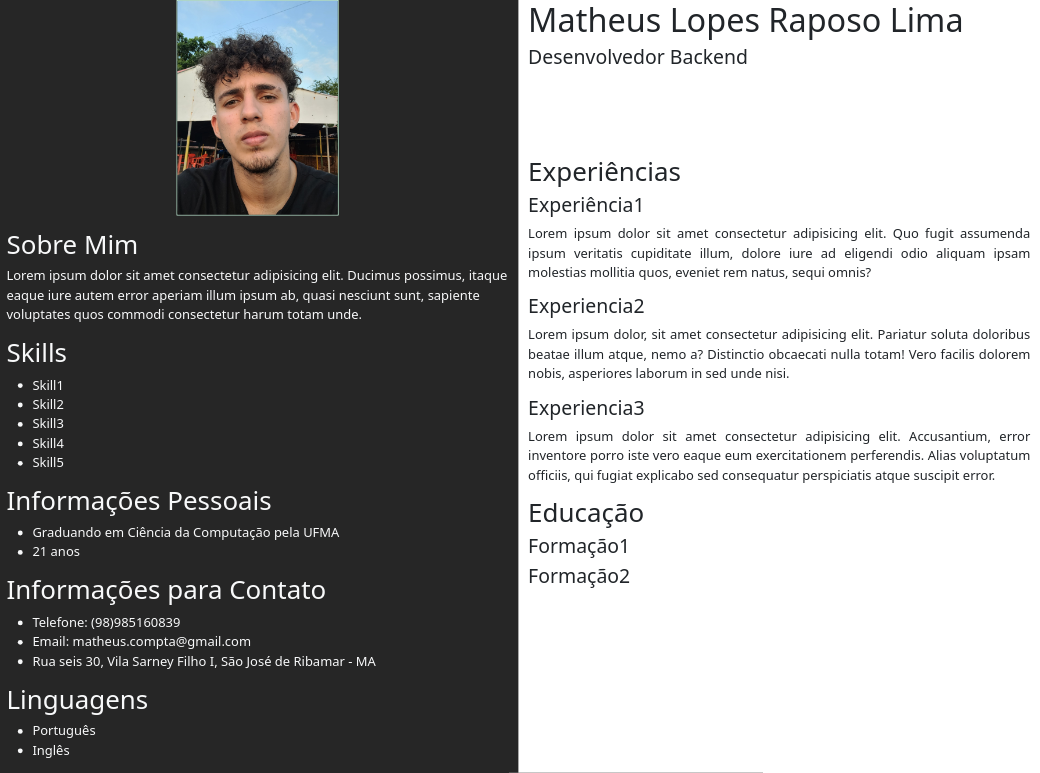
Repository: MaatheusRaposo/Curriculo_Web
Page: index.html
An editor plug-in stored every save of this project. The page is shown before and after the next save, followed by the edit.
The browser window is 1280 px wide. The page is 1284 px wide, so the pictures cover 1284 px, including what lies to the right of the window. The pictures show the whole page, at 81% of full size.

Above is the page before, as saved 2026-05-28 00:27:24.

### index.html
<!DOCTYPE html>
<html lang="en">
<head>
    <meta charset="UTF-8">
    <meta name="viewport" content="width=device-width, initial-scale=1.0">
    <title>Curriculo Matheus Raposo</title>
    <link href="https://cdn.jsdelivr.net/npm/bootstrap@5.3.8/dist/css/bootstrap.min.css" rel="stylesheet" integrity="sha384-sRIl4kxILFvY47J16cr9ZwB07vP4J8+LH7qKQnuqkuIAvNWLzeN8tE5YBujZqJLB" crossorigin="anonymous">
    <link rel="stylesheet" href="assets/css/style.css">
</head>
<body>
    <div class="container-fluid px-2">
        <div class="row align-items-stretch min-vh-100">
            <div class="col text-light d-flex flex-column" id="coluna-esquerda">
                <div class="d-flex justify-content-center align-items-center">
                    <img class="foto-perfil position-relative mb-3" src="assets/images/20230725_175129.jpg" alt="">
                </div>
                <section>
                    <h2>Sobre Mim</h2>
                    <p>Lorem ipsum dolor sit amet consectetur adipisicing elit. Ducimus possimus, itaque eaque iure autem error aperiam illum ipsum ab, quasi nesciunt sunt, sapiente voluptates quos commodi consectetur harum totam unde.</p>
                </section>
                <section>
                    <h2>Skills</h2>
                    <ul>
                        <li>Skill1</li>
                        <li>Skill2</li>
                        <li>Skill3</li>
                        <li>Skill4</li>
                        <li>Skill5</li>
                    </ul>
                </section>
                <section>
                    <h2>Informações Pessoais</h2>
                    <ul>
                        <li>Graduando em Ciência da Computação pela UFMA</li>
                        <li>21 anos</li>
                    </ul>
                </section>
                <section>
                    <h2>Informações para Contato</h2>
                    <ul>
                        <li>Telefone: (98)985160839</li>
                        <li>Email: matheus.compta@gmail.com</li>
                        <li>Rua seis 30, Vila Sarney Filho I, São José de Ribamar - MA</li>
                    </ul>
                </section>
                <section>
                    <h2>Linguagens</h2>
                    <ul>
                        <li>Português</li>
                        <li>Inglês</li>
                    </ul>
                </section>
            </div>
            <div class="col d-flex flex-column" id="coluna-direita">
                <section>
                    <h1>Matheus Lopes Raposo Lima</h1>
                    <h4>Desenvolvedor Backend</h4>
                </section>
                <div class="d-flex justify-content-center flex-column mt-3 espacamento-classes">
                    <section>
                        <h2>Experiências</h2>
                        <section>
                            <h4>Experiência1</h4>
                            <p>Lorem ipsum dolor sit amet consectetur adipisicing elit. Quo fugit assumenda ipsum veritatis cupiditate illum, dolore iure ad eligendi odio aliquam ipsam molestias mollitia quos, eveniet rem natus, sequi omnis?</p>
                        </section>
                        <section>
                            <h4>Experiencia2</h4>
                            <p>Lorem ipsum dolor, sit amet consectetur adipisicing elit. Pariatur soluta doloribus beatae illum atque, nemo a? Distinctio obcaecati nulla totam! Vero facilis dolorem nobis, asperiores laborum in sed unde nisi.</p>
                        </section>
                        <section>
                            <h4>Experiencia3</h4>
                            <p>Lorem ipsum dolor sit amet consectetur adipisicing elit. Accusantium, error inventore porro iste vero eaque eum exercitationem perferendis. Alias voluptatum officiis, qui fugiat explicabo sed consequatur perspiciatis atque suscipit error.</p>
                        </section>
                    </section>
                    <section>
                        <h2>Educação</h2>
                        <section>
                            <h4>Formação1</h4>
                        </section>
                        <section>
                            <h4>Formação2</h4>
                        </section>
                    </section>
                </div>
            </div>
        </div>
    </div>

    <script src="https://cdn.jsdelivr.net/npm/bootstrap@5.3.8/dist/js/bootstrap.bundle.min.js" integrity="sha384-FKyoEForCGlyvwx9Hj09JcYn3nv7wiPVlz7YYwJrWVcXK/BmnVDxM+D2scQbITxI" crossorigin="anonymous"></script>
    <script src="app.js"></script>
    <noscript>Voce precisa tivar o JavaScript para ver o curriculo perfeitamente</noscript>
</body>
</html>

### assets/css/style.css
.foto-perfil {
    max-width: 200px;
    border: 1px solid #CEFFE4;
}

#coluna-esquerda {
    background-color: #262626;
}

@media screen and (min-width: 768px) {
    .espacamento-classes {
        margin-top: 100px !important;
    }
}

.espacamento-classes {
    text-align: justify;
}

Loaded but not shown: app.js (no stored copy; drawn as an empty file)

After the next save:
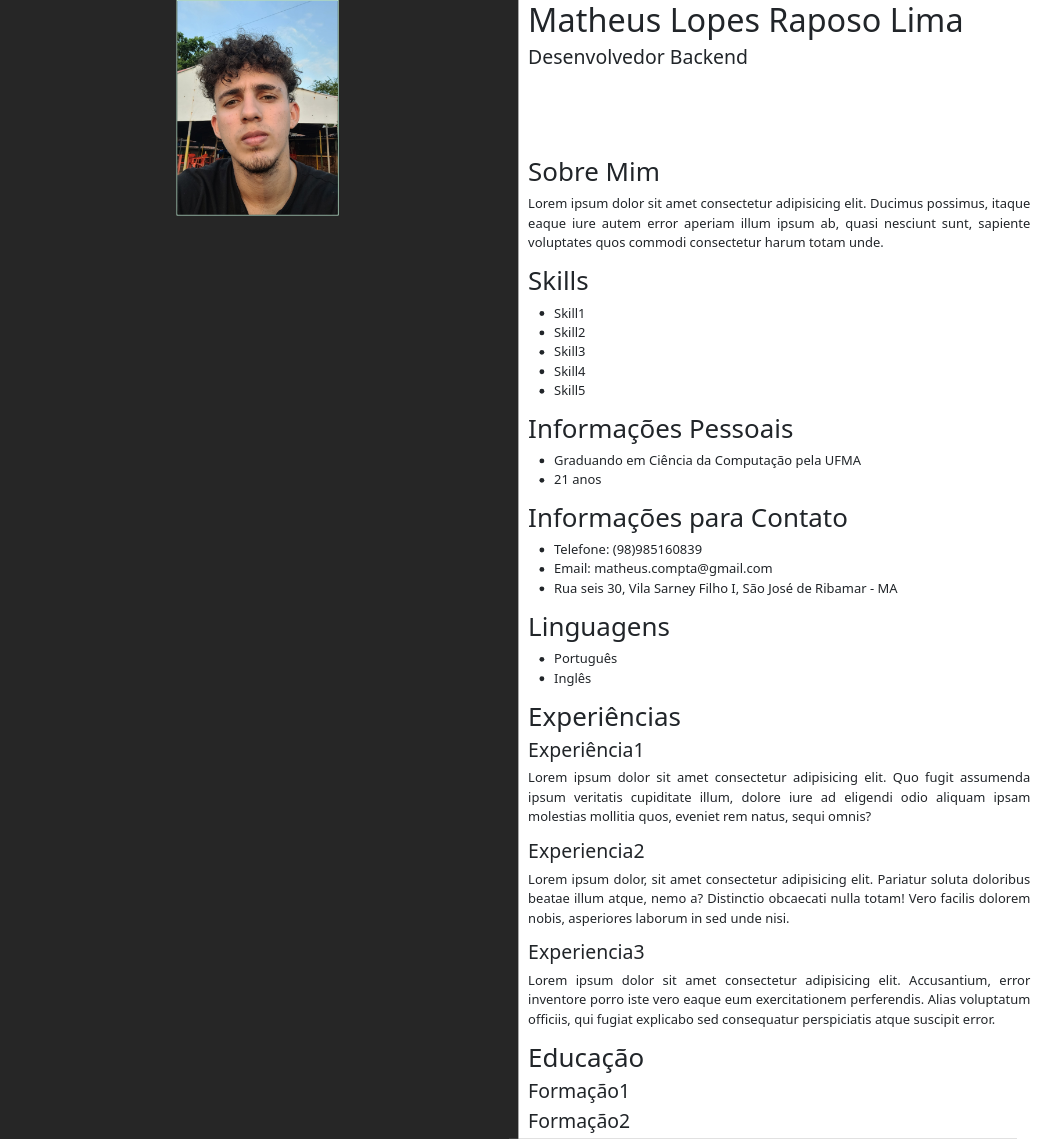
Saved 9 min 41 s later.
--- a/index.html
+++ b/index.html
@@ -14,42 +14,6 @@
                 <div class="d-flex justify-content-center align-items-center">
                     <img class="foto-perfil position-relative mb-3" src="assets/images/20230725_175129.jpg" alt="">
                 </div>
-                <section>
-                    <h2>Sobre Mim</h2>
-                    <p>Lorem ipsum dolor sit amet consectetur adipisicing elit. Ducimus possimus, itaque eaque iure autem error aperiam illum ipsum ab, quasi nesciunt sunt, sapiente voluptates quos commodi consectetur harum totam unde.</p>
-                </section>
-                <section>
-                    <h2>Skills</h2>
-                    <ul>
-                        <li>Skill1</li>
-                        <li>Skill2</li>
-                        <li>Skill3</li>
-                        <li>Skill4</li>
-                        <li>Skill5</li>
-                    </ul>
-                </section>
-                <section>
-                    <h2>Informações Pessoais</h2>
-                    <ul>
-                        <li>Graduando em Ciência da Computação pela UFMA</li>
-                        <li>21 anos</li>
-                    </ul>
-                </section>
-                <section>
-                    <h2>Informações para Contato</h2>
-                    <ul>
-                        <li>Telefone: (98)985160839</li>
-                        <li>Email: matheus.compta@gmail.com</li>
-                        <li>Rua seis 30, Vila Sarney Filho I, São José de Ribamar - MA</li>
-                    </ul>
-                </section>
-                <section>
-                    <h2>Linguagens</h2>
-                    <ul>
-                        <li>Português</li>
-                        <li>Inglês</li>
-                    </ul>
-                </section>
             </div>
             <div class="col d-flex flex-column" id="coluna-direita">
                 <section>
@@ -57,6 +21,42 @@
                     <h4>Desenvolvedor Backend</h4>
                 </section>
                 <div class="d-flex justify-content-center flex-column mt-3 espacamento-classes">
+                    <section>
+                        <h2>Sobre Mim</h2>
+                        <p>Lorem ipsum dolor sit amet consectetur adipisicing elit. Ducimus possimus, itaque eaque iure autem error aperiam illum ipsum ab, quasi nesciunt sunt, sapiente voluptates quos commodi consectetur harum totam unde.</p>
+                    </section>
+                    <section>
+                        <h2>Skills</h2>
+                        <ul>
+                            <li>Skill1</li>
+                            <li>Skill2</li>
+                            <li>Skill3</li>
+                            <li>Skill4</li>
+                            <li>Skill5</li>
+                        </ul>
+                    </section>
+                    <section>
+                        <h2>Informações Pessoais</h2>
+                        <ul>
+                            <li>Graduando em Ciência da Computação pela UFMA</li>
+                            <li>21 anos</li>
+                        </ul>
+                    </section>
+                    <section>
+                        <h2>Informações para Contato</h2>
+                        <ul>
+                            <li>Telefone: (98)985160839</li>
+                            <li>Email: matheus.compta@gmail.com</li>
+                            <li>Rua seis 30, Vila Sarney Filho I, São José de Ribamar - MA</li>
+                        </ul>
+                    </section>
+                    <section>
+                        <h2>Linguagens</h2>
+                        <ul>
+                            <li>Português</li>
+                            <li>Inglês</li>
+                        </ul>
+                    </section>
                     <section>
                         <h2>Experiências</h2>
                         <section>
